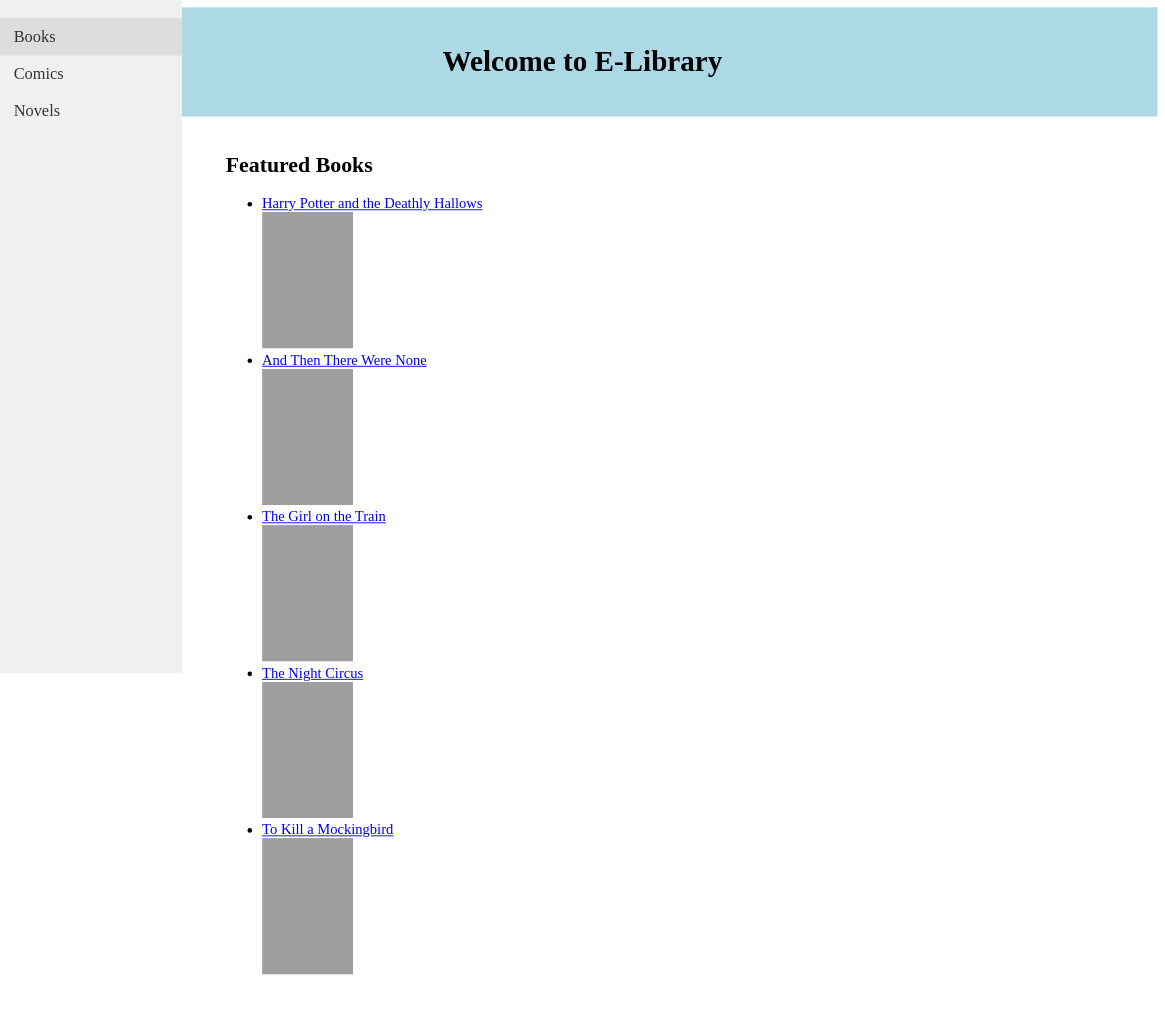
Repository: TejasS1233/MINITHON-hackathon-project
Page: Rishit.html
These files come from the project's save history. The page is drawn as it stood at one moment and after the next save; the edit follows.
The browser window is 1280 px wide. The pictures show the whole page, at 91% of full size.
The pointer rests on the first visible `.sidebar a`.
Pictures or frames that could not be fetched are drawn as grey boxes.

Above is the page before, as saved 2024-09-20 09:14:19.

### Rishit.html
<!DOCTYPE html>
<html lang="en">
<head>
    <meta charset="UTF-8">
    <meta name="viewport" content="width=device-width, initial-scale=1.0">
    <title>E-Library</title>
    <style>
        header
        {
            background-color: lightblue;
            text-align: center;
            padding: 20px;
        }

        .sidebar
        {
            height: 100%;
            width: 200px;
            position: fixed;
            top: 0;
            left: 0;
            background-color: #f0f0f0;
            padding-top: 20px;
        }
        .sidebar a
        {
            padding: 10px 15px;
            text-decoration: none;
            font-size: 18px;
            color: #333;
            display: block;
        }
        .sidebar a:hover
        {
            background-color: #dddddd;
        }

        .content {
            margin-left: 220px; /* Width of the sidebar + some spacing */
            padding: 20px;
        }
    </style>
</head>
<body>
    <header>
        <h1>Welcome to E-Library</h1>
    </header>


    <div class="sidebar">
        <a href="#">Books</a>
        <a href="#">Comics</a>
        <a href="#">Novels</a>
    </div>


    <div class="content">
        <h2>Featured Books</h2>
        <ul>
            <li><a href="Harry_Potter_and_the_Deathly_Hallows.html">Harry Potter and the Deathly Hallows</a><br>
                <img src="https://upload.wikimedia.org/wikipedia/en/a/a9/Harry_Potter_and_the_Deathly_Hallows.jpg" height="150" width="100"></li>
            <li><a href="And_Then_There_Were_None.html">And Then There Were None</a><br>
                <img src="https://agathachristie.imgix.net/hcus-paperback/Jacket_AndThenThereWereNoneUS.jpg?auto=compress,format&fit=clip&q=80&w=400" height="150" width="100"></li>
            <li><a href="The_Girl_on_the_Train.html">The Girl on the Train</a><br>
                <img src="https://m.media-amazon.com/images/I/51aUSnfAfHL._SY445_SX342_.jpg" height="150" width="100"></li>
            <li><a href="The_Night_Circus.html">The Night Circus</a><br>
                <img src="https://m.media-amazon.com/images/I/815D5sneiNL._SY522_.jpg" height="150" width="100"></li>
            <li><a href="To_Kill_a_Mockingbird.html">To Kill a Mockingbird</a><br>
                <img src="https://m.media-amazon.com/images/I/51Z9p5AecCL._SY445_SX342_.jpg" height="150" width="100"></li>
        </ul>
    </div>
</body>
</html>

After the next save:
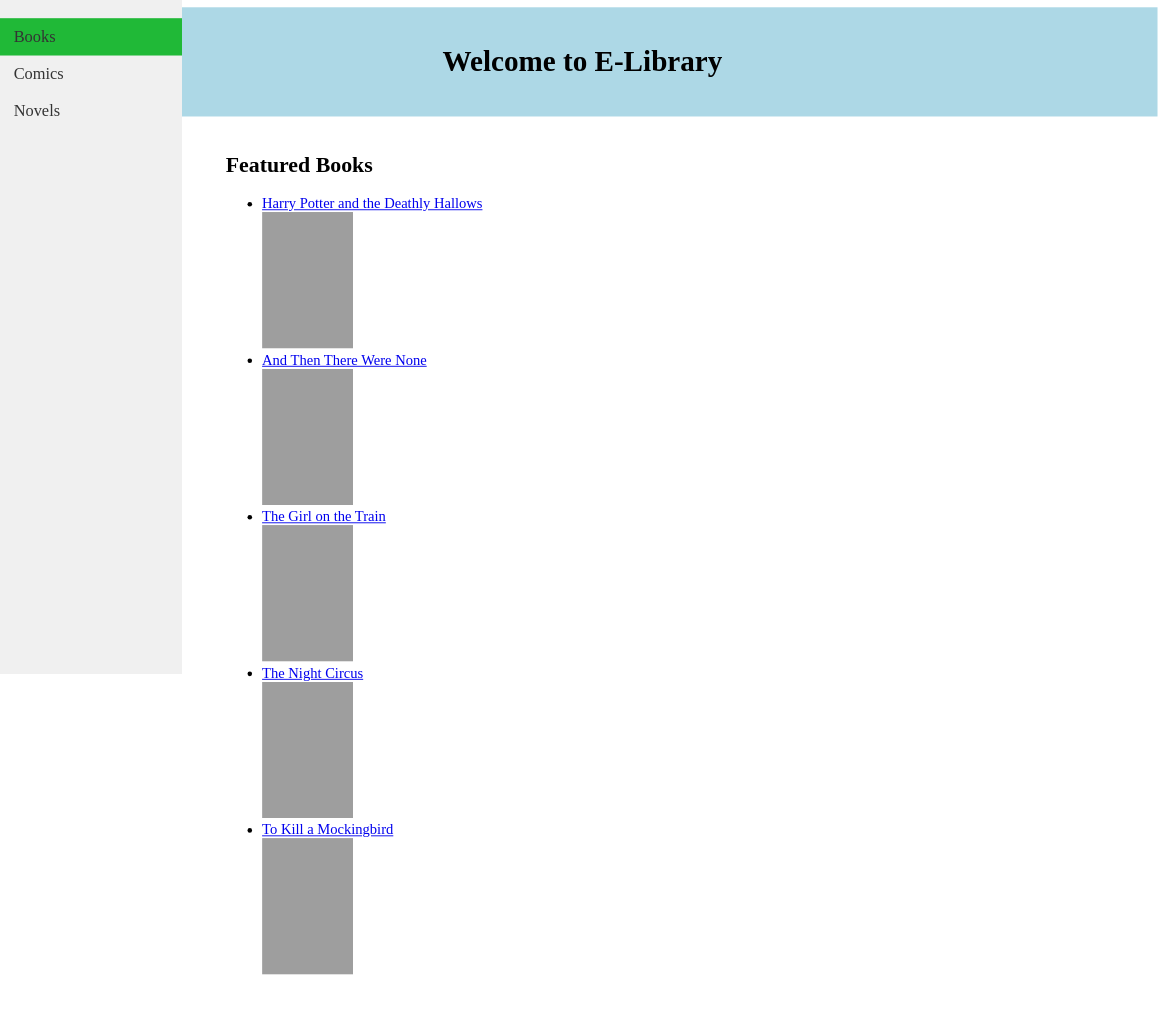
Saved 8 s later.
--- a/Rishit.html
+++ b/Rishit.html
@@ -32,7 +32,7 @@
         }
         .sidebar a:hover
         {
-            background-color: #dddddd;
+            background-color: #20b937;
         }
 
         .content {
